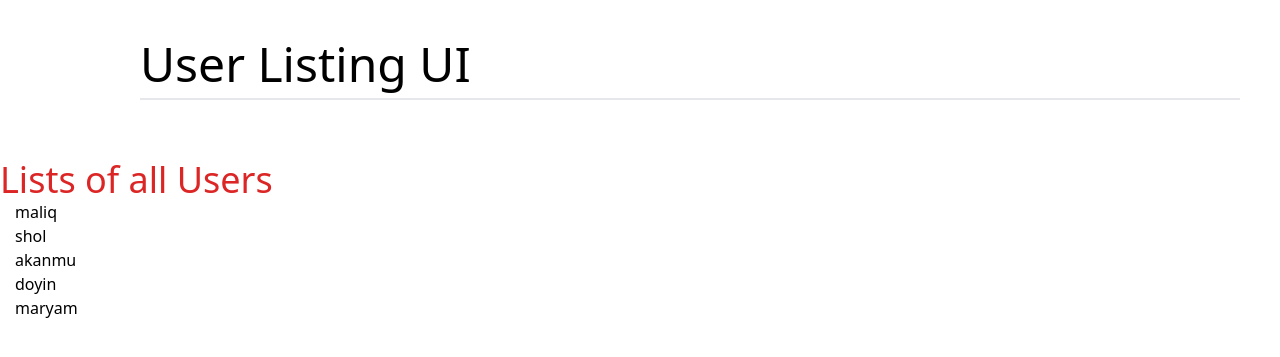
Repository: Marlstergo/listings
Page: / (app in client/)
The author's editor kept a copy of each file at every save. The page is drawn from the files as they stood at one save, then again after the next save.
The browser window is 1280 px wide. The pictures show the whole page.
The project was rebuilt for these pictures with package versions that can differ from the ones it lists, and the page was loaded fresh each time. Also part of the build but not shown: client/craco.config.js, client/src/components/Loader.js, client/src/components/Order.js, client/src/components/Modal.js. Imported but missing from the stored project, and not drawn on this page: client/src/components/Base, client/src/components/Toppings.

Above is the page before, as saved 2021-07-20 23:35:14.

### client/src/index.js
/* eslint-disable no-unused-vars */
import React from "react";
import ReactDOM from "react-dom";
import "./index.css";
import App from "./App";
import reportWebVitals from "./reportWebVitals";
import { BrowserRouter } from "react-router-dom";
import { Provider } from "react-redux";
import { store } from "./redux/store";
import { PersistGate } from "redux-persist/integration/react";
import { persistor } from "./redux/store";

ReactDOM.render(
  <React.StrictMode>
    <Provider store={store}>
      <BrowserRouter>
        <PersistGate persistor={persistor}>
          <App />
        </PersistGate>
      </BrowserRouter>
    </Provider>
  </React.StrictMode>,
  document.getElementById("root")
);

// If you want to start measuring performance in your app, pass a function
// to log results (for example: reportWebVitals(console.log))
// or send to an analytics endpoint. Learn more: https://bit.ly/CRA-vitals
reportWebVitals();

### client/src/App.js
import React, { useState } from 'react';
import { Route, Switch, useLocation } from "react-router-dom";
import Header from './components/Header';
import Home from './components/Home';
import Base from './components/Base';
import Toppings from './components/Toppings';
import Order from './components/Order';
import Modal from './components/Modal';
import { AnimatePresence } from 'framer-motion';

function App() {
  const location = useLocation();
  const showModal = true;

  return (
    <>
      <Header />
      {/* <Modal showModal={showModal} /> */}
      <AnimatePresence exitBeforeEnter>
        <Switch location={location} key={location.key}>
          <Route path="/">
            <Home />
          </Route>
          <Route path="/createUpdateUser">
            <Toppings />
          </Route>
          <Route path="/order">
            <Order />
          </Route>
          <Route path="/">
            <Home />
          </Route>
        </Switch>
      </AnimatePresence>

    </>
  );
}

export default App;

### client/src/redux/store.js
import { createStore, applyMiddleware } from "redux";
import { logger } from 'redux-logger';
import {persistStore} from 'redux-persist';
// import thunk from 'redux-thunk'
import createSagaMiddleware from 'redux-saga'

import rootSaga from './root-sagas'

import rootReducer from './root-reducer';

const sagaMiddleware = createSagaMiddleware()

const middleware = [sagaMiddleware];

if( process.env.NODE_ENV === 'development'){
    middleware.push(logger)
}

export const store = createStore(rootReducer, applyMiddleware(...middleware))

sagaMiddleware.run(rootSaga)

export const persistor = persistStore(store)

export default (store, persistor);

### client/src/components/Header.js
import React from 'react';
import { motion } from 'framer-motion';

const svgVariants = {
  hidden: { rotate: -180 },
  visible: {
    rotate: 0,
    transition: { duration : 1 }
  },
}

const pathVariants = {
  hidden: {
    opacity: 0,
    pathLength: 0,
  },
  visible: {
    opacity: 1,
    pathLength: 1,
    transition: {
      duration: 2,
      ease: "easeInOut",
    }
  }
};


const Header = () => {
  return (
    <header className='flex p-[40px]  items-center'>
      <motion.div className="logo"
        drag
        dragConstraints={{ left: 0, top: 0, right: 0, bottom: 0 }}
        dragElastic={0.7}
      >
        <motion.svg className="w-[80px] overflow-visible" xmlns="http://www.w3.org/2000/svg" viewBox="0 0 100 100"
          variants={svgVariants}
          initial="hidden"
          animate="visible"
        >
          <motion.path
            fill="none"
            d="M40 40 L80 40 C80 40 80 80 40 80 C40 80 0 80 0 40 C0 40 0 0 40 0Z"
            variants={pathVariants}
          />
          <motion.path
            fill="none"
            d="M50 30 L50 -10 C50 -10 90 -10 90 30 Z"
            variants={pathVariants}
          />
        </motion.svg>
      </motion.div>
      <motion.div className=" flex-grow ml-[20px] text-xs"
        initial={{ y: -250}}
        animate={{ y: -10 }}
        transition={{ delay: 0.2, type: 'spring', stiffness: 120 }}
      >
        <h1 className="border-b-2 pb-[10px] text-5xl">User Listing UI</h1>
      </motion.div>
    </header>
  )
}

export default Header;

### client/src/components/Home.js
import React from "react";
import { Link } from "react-router-dom";
// import { motion } from "framer-motion";
import Loader from "./Loader";

const buttonVariants = {
  hover: {
    scale: 1.1,
    textShadow: "0px 0px 8px rgb(255,255,255)",
    boxShadow: "0px 0px 8px rgb(255,255,255)",
    transition: {
      duration: 0.3,
      yoyo: 5,
    },
  },
};

const containerVariants = {
  hidden: {
    opacity: 0,
  },
  visible: {
    opacity: 1,
    transition: { delay: 1.5, duration: 1.5 },
  },
  exit: {
    x: "-100vh",
    transition: { ease: "easeInOut" },
  },
};
const users = ["maliq", "shol", "akanmu", "doyin", "maryam"];
const Home = () => {
  return (
    // <motion.div
    //   className="bg-gray-600  pb-[10px] mb-[10px] border-b-2 border-gray-400 flex flex-col items-center"
    //   variants={containerVariants}
    //   initial="hidden"
    //   animate="visible"
    //   exit="exit"
    // >
      <div className="w-2/3 ">
        <h1 className="text-red-600 text-4xl">Lists of all Users</h1>
        <ul className="pl-[15px]">
          {users.map(
            (user , idx) => (
              <li key={idx}>{user}</li>
            )
          )}

        </ul>
        {/* <table className="min-w-full divide-y divide-gray-200">
          <thead>
            <tr>
              <th className="px-6 py-3 bg-gray-50 text-left text-xs font-medium text-gray-500 uppercase tracking-wider">
                Transaction
              </th>
              <th className="px-6 py-3 bg-gray-50 text-right text-xs font-medium text-gray-500 uppercase tracking-wider">
                Amount
              </th>
              <th className="hidden px-6 py-3 bg-gray-50 text-left text-xs font-medium text-gray-500 uppercase tracking-wider md:block">
                Status
              </th>
              <th className="px-6 py-3 bg-gray-50 text-right text-xs font-medium text-gray-500 uppercase tracking-wider">
                Date
              </th>
            </tr>
          </thead>
        </table> */}
      </div>
    // </motion.div>
  );
};

export default Home;

### client/src/redux/root-sagas.js
import {all, call} from 'redux-saga/effects'
import {userSagas} from './user/user.sagas'


export default function* rootSaga(){
    yield all([
        call(userSagas),
    ])
}

### client/src/redux/root-reducer.js
import {combineReducers} from 'redux'
import userReducer from './user/user.reducer'
// import cartReducer from './cart/cart.reducer'
import {persistReducer} from 'redux-persist'
import storage from 'redux-persist/lib/storage'
// import directoryReducer from './directory/directory.reducer'
// import shopReducer from './shop/shop.reducer'

const persistConfig ={
    key: 'root',
    storage,
    whitelist: ['' ]
}
const rootReducer = combineReducers({
    user: userReducer,

})
export default persistReducer(persistConfig, rootReducer)

### client/src/redux/user/user.sagas.js
import { all, call, put, takeLatest } from "redux-saga/effects";

import UserActionTypes from "./user.types";
import { loadUserDetail } from "./user.action";
// import axios from "axios";
// import { getUserDetailsURL } from "../../components/stringConstants";

export function* getDetails() {
  yield console.log("i fired");

  // try {
  //   console.log("inside try");

  //   const res = yield axios.get(getUserDetailsURL);
  //   const data = yield res.data;
  //   console.log(res);
  //   yield put(loadUserDetail(data ? data.data[0] : {}));
  // } catch (err) {
  //   console.log(err.response);
  //   if (err.response && err.response.statusText === "Not Found") {
  //     // console.log("");
  //     window.location.href = "/profile/settings?newUser=0837";
  //   }
  // }
}

export function* getUserDetails() {
  yield takeLatest(UserActionTypes.GET_USER_DETAIL, getDetails);
}
// export function* loadUserDetails(){
//     yield takeLatest(UserActionTypes.LOAD_USER_DETAIL, loadDetails)
// }

export function* userSagas() {
  yield all([call(getUserDetails)]);
}

### client/src/redux/user/user.reducer.js
import UserActionTypes from "./user.types";
const INITIAL_STATE = {
  // currentUser: null,
  userDetail: {},
  demo: 'i am demo',
  location: null

};
const userReducer = (state = INITIAL_STATE, action) => {
  switch (action.type) {

    case UserActionTypes.LOAD_USER_DETAIL:
      return {
        ...state,
        userDetail: action.payload,
      };

    case UserActionTypes.COLLECT_GEOLOCATION:
      return {
        ...state,
        location: action.payload
      }
    default:
      return state;
  }
};

export default userReducer;

### client/src/redux/user/user.types.js
const UserActionTypes ={
    GOOGLE_SIGN_IN_START : 'GOOGLE_SIGN_IN_START',
    SIGN_IN_SUCCESS : 'SIGN_IN_SUCCESS',
    SIGN_IN_FAILURE : 'SIGN_IN_FAILURE',
    GET_USER_DETAIL: 'GET_USER_DETAIL',
    LOAD_USER_DETAIL: 'LOAD_USER_DETAIL',
    COLLECT_GEOLOCATION: 'COLLECT_GEOLOCATION',
    FETCH_GEOLOCATION: 'FETCH_GEOLOCATION'
}
export default UserActionTypes;

### client/src/redux/user/user.action.js
import UserActionTypes from './user.types'



// export const googleSignInStart = () => ({
//     type: UserActionTypes.GOOGLE_SIGN_IN_START
// })

// export const signInSuccess = (user) => ({
//     type: UserActionTypes.SIGN_IN_SUCCESS,
//     payload: user
// })

export const getUserDetail = () => ({
    type: UserActionTypes.GET_USER_DETAIL,

})
export const loadUserDetail = (details) => ({
    type: UserActionTypes.LOAD_USER_DETAIL,
    payload: details
})

export const fetchGeoloction = () => ({
    type: UserActionTypes.FETCH_GEOLOCATION
})
export const collectGeolocation = (location) => ({
    type: UserActionTypes.COLLECT_GEOLOCATION,
    payload: location
})
// })

### client/tailwind.config.js
  // tailwind.config.js
  module.exports = {
    mode:'jit',
    purge: ['./src/**/*.{js,jsx,ts,tsx}', './public/index.html'],
     darkMode: false, // or 'media' or 'class'
     theme: {
       extend: {},
     },
     variants: {
       extend: {},
     },
     plugins: [],
   }

Loaded but not shown: client/public/index.html (common file); client/src/index.css (common file); client/src/reportWebVitals.js (common file)

After the next save:
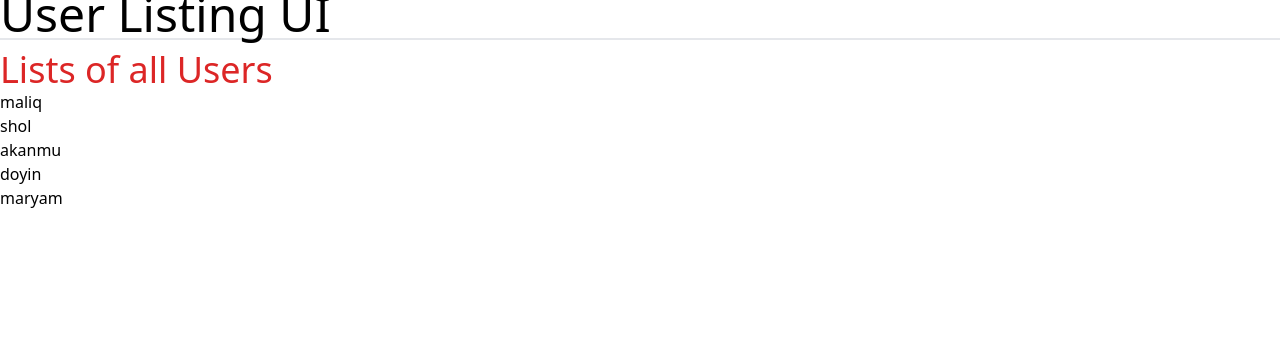
Saved 15 s later.
--- a/client/tailwind.config.js
+++ b/client/tailwind.config.js
@@ -1,6 +1,6 @@
   // tailwind.config.js
   module.exports = {
-    mode:'jit',
+    // mode:'jit',
     purge: ['./src/**/*.{js,jsx,ts,tsx}', './public/index.html'],
      darkMode: false, // or 'media' or 'class'
      theme: {

After the save that followed:
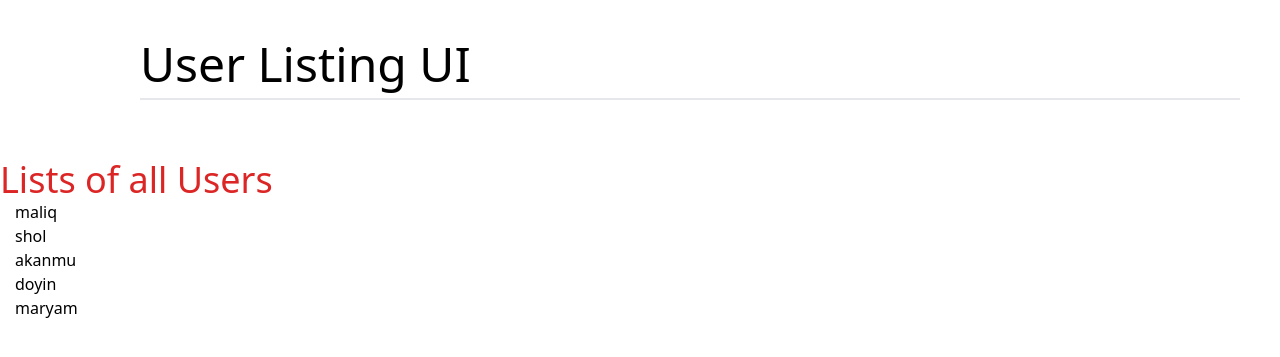
Saved 11 s later.
--- a/client/tailwind.config.js
+++ b/client/tailwind.config.js
@@ -1,6 +1,6 @@
   // tailwind.config.js
   module.exports = {
-    // mode:'jit',
+    mode:'jit',
     purge: ['./src/**/*.{js,jsx,ts,tsx}', './public/index.html'],
      darkMode: false, // or 'media' or 'class'
      theme: {
